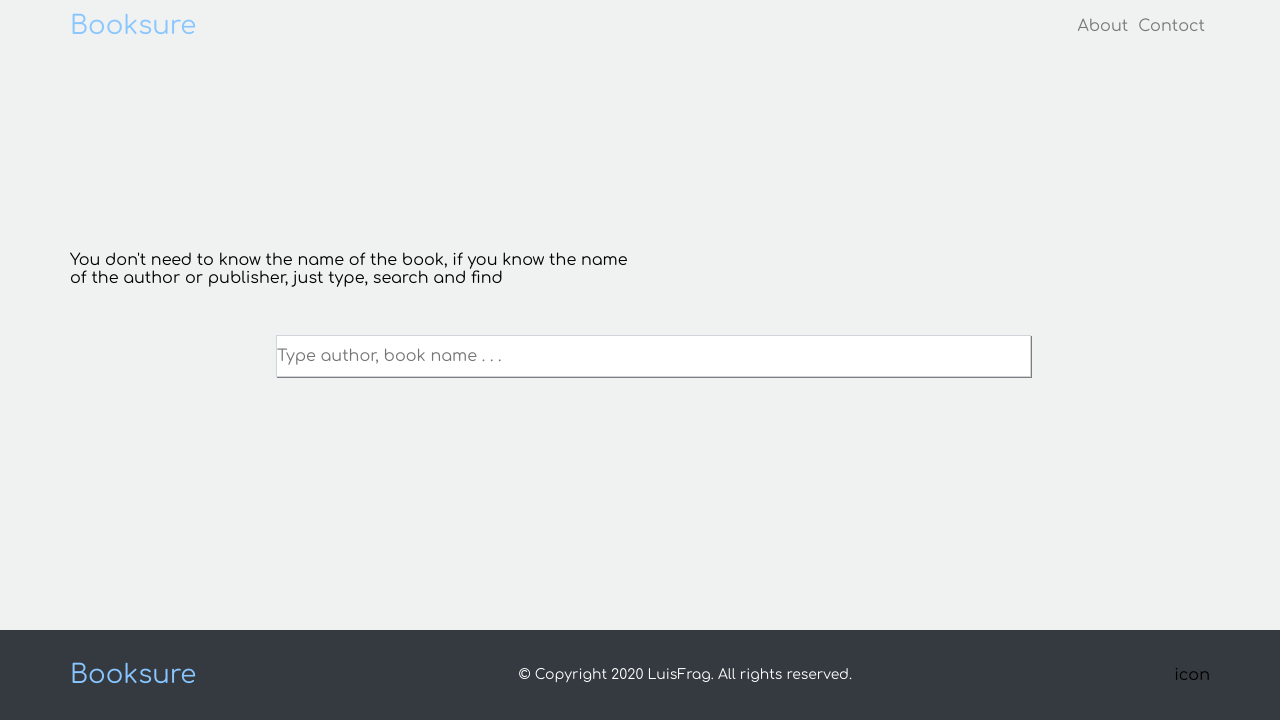
Repository: changesxxx/searchBooks
Page: /search
An editor plug-in stored every save of this project. The page is shown before and after the next save, followed by the edit.
The browser window is 1280 px wide. The pictures show the whole page.
The project was rebuilt for these pictures with package versions that can differ from the ones it lists, and the page was loaded fresh each time. Also part of the build but not shown: craco.config.js.

Above is the page before, as saved 2024-06-24 17:53:31.

After the next save:
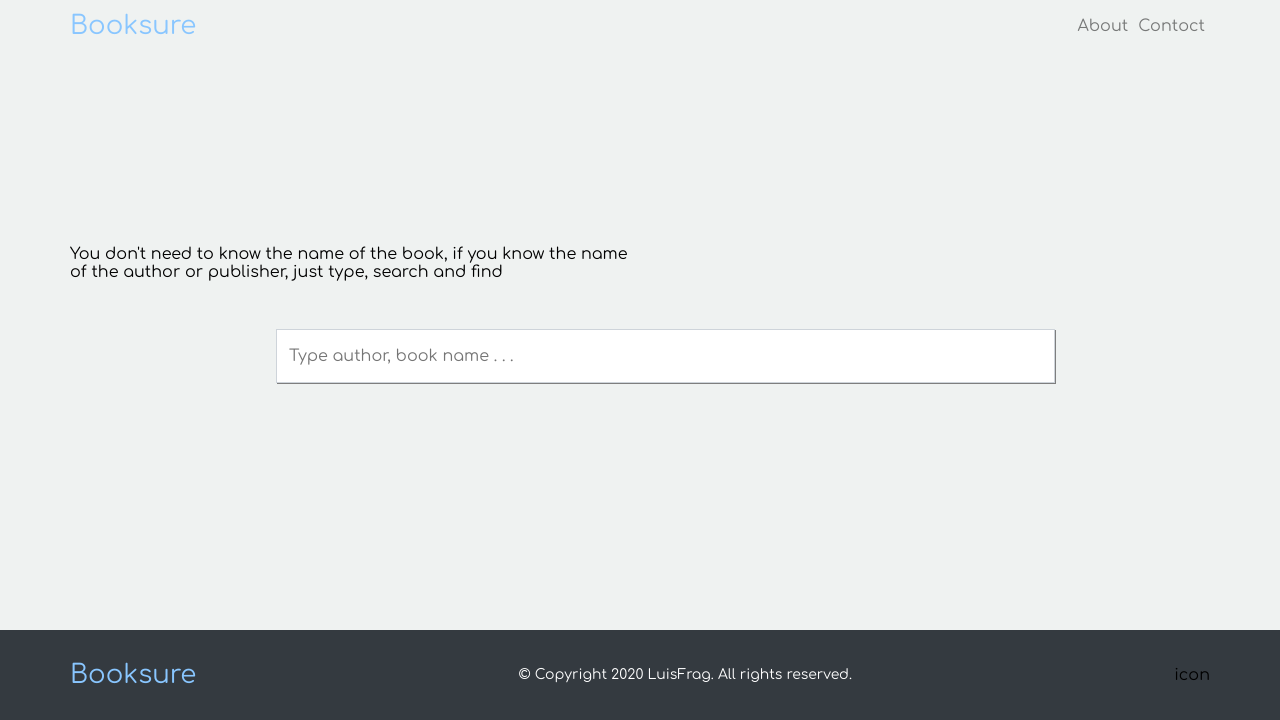
Saved 20 s later.
--- a/src/view/search/style.js
+++ b/src/view/search/style.js
@@ -25,6 +25,8 @@ const searchWrapper = styled.div`
       height: 40px;
       margin: 0 190px;
 
+      padding: 0.375rem 0.75rem;
+
       box-shadow: 1px 1px #7e7e7e;
       border: 1px solid #ced4da;
     }
